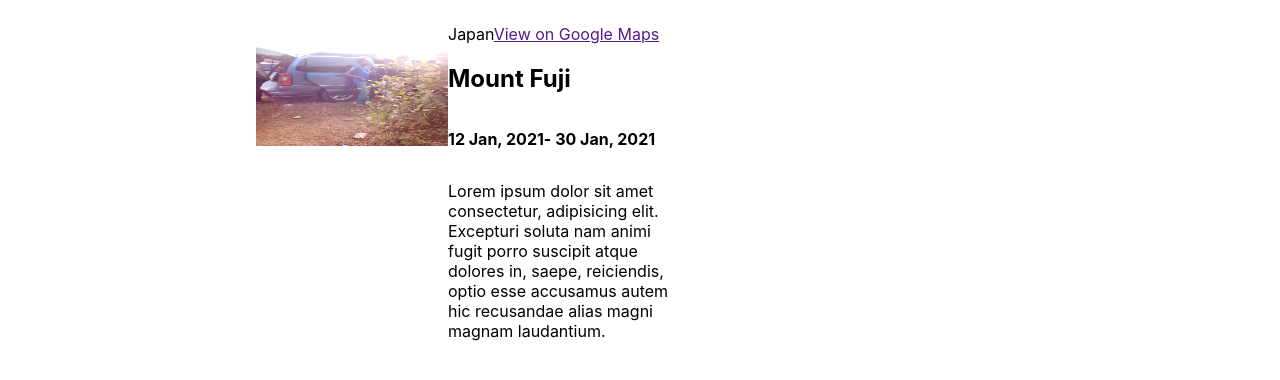
Repository: BuduCE/travel-journal
Page: /
These files come from the project's save history. The page is drawn as it stood at one moment and after the next save; the edit follows.
The browser window is 1280 px wide. The pictures show the whole page.
The project was rebuilt for these pictures with package versions that can differ from the ones it lists, and the page was loaded fresh each time. Also part of the build but not shown: src/components/Home/styles.css, src/components/Home/index.jsx.

Above is the page before, as saved 2022-08-25 11:36:23.

After the next save:
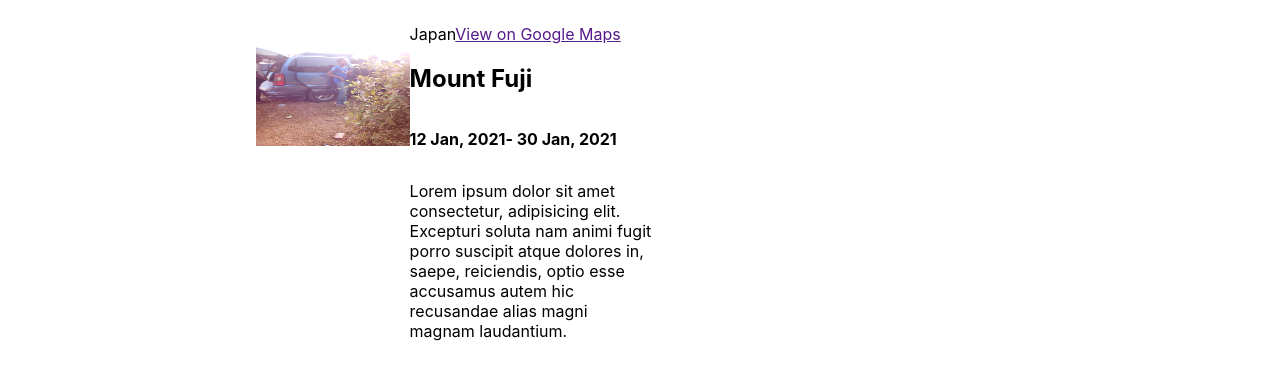
Saved 19 s later.
--- a/src/components/Tour/styles.css
+++ b/src/components/Tour/styles.css
@@ -2,7 +2,7 @@
     width: 60%;
     margin: auto;
     display: grid;
-    grid-template-columns: 1fr 3fr;
+    grid-template-columns: 1fr 4fr;
     padding: 24px;
 }
 .tour-img > img{
